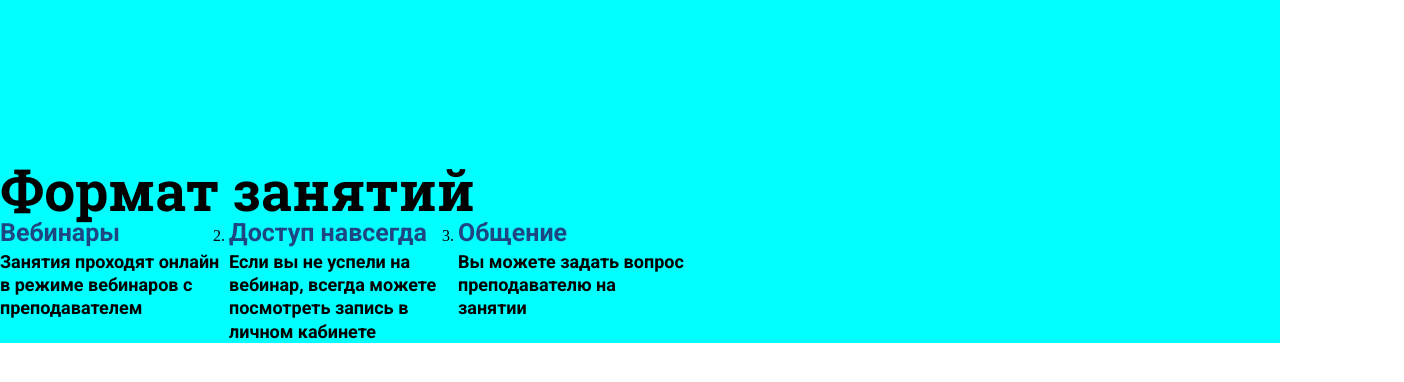
Repository: PoladEziz/Task2
Page: index.html
These files come from the project's save history. The page is drawn as it stood at one moment and after a run of saves; the edit follows.
The browser window is 1280 px wide. The page is 1280 px wide, then 1404 px, so the pictures cover 1404 px, including what lies to the right of the window. The pictures show the whole page.

Above is the page before, as saved 2023-05-04 17:20:28.

After the next 2 saves:
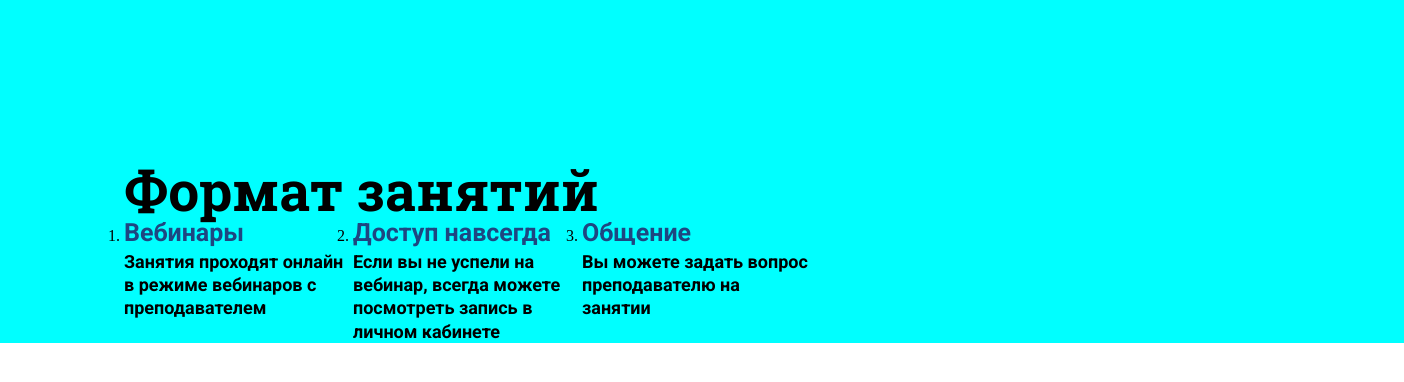
The 2 saves are shown as one change because they came seconds apart.
The last was saved 7 s later.
--- a/index.css
+++ b/index.css
@@ -15,6 +15,7 @@
     width: 100%;
     background-color: aqua;
     padding-top: 162px;
+    padding-left: 124px;
 }
 
 .page-1  h1 {
